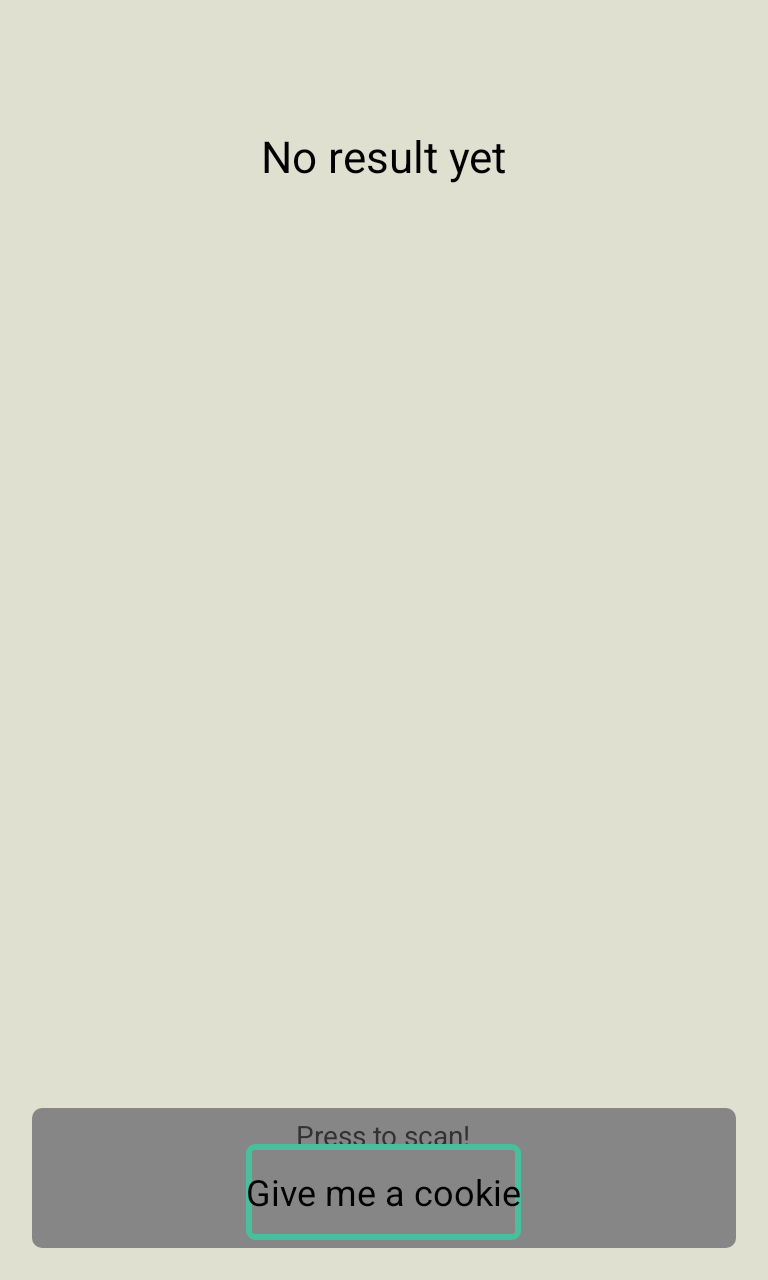
Repository: Kitsopappas/QBIReader
Layout: QBIReader/res/layout/activity_main.xml
These files come from the project's save history. The layout is drawn as it stood at one moment and after the next save; the edit follows.
It is drawn on a 768 x 1280 px phone screen (xhdpi) without system bars, with theme AppTheme; the app's code is not run.

Above is the layout before, as saved 2015-03-09 01:27:41.

### QBIReader/res/layout/activity_main.xml
<RelativeLayout xmlns:android="http://schemas.android.com/apk/res/android"
    xmlns:tools="http://schemas.android.com/tools"
    android:layout_width="match_parent"
    android:layout_height="match_parent"
    android:background="#e0e0d1"
    android:paddingBottom="@dimen/activity_vertical_margin"
    android:paddingLeft="@dimen/activity_horizontal_margin"
    android:paddingRight="@dimen/activity_horizontal_margin"
    android:paddingTop="@dimen/activity_vertical_margin"
    tools:context="com.qbireader.MainActivity" >

    <TextView
        android:id="@+id/result"
        android:layout_width="wrap_content"
        android:layout_height="wrap_content"
        android:layout_alignParentTop="true"
        android:layout_centerHorizontal="true"
        android:layout_marginTop="47dp"
        android:text="@string/result"
        android:textAppearance="?android:attr/textAppearanceLarge" />

    <RelativeLayout
        android:id="@+id/relativeLayout1"
        android:layout_width="match_parent"
        android:layout_height="70dp"
        android:layout_alignParentBottom="true"
        android:layout_centerHorizontal="true"
        android:background="@drawable/rounded_panel" >

        <Button
            android:id="@+id/scan"
            android:layout_width="wrap_content"
            android:layout_height="wrap_content"
            android:layout_alignParentBottom="true"
            android:layout_centerHorizontal="true"
            android:background="@drawable/button_custom"
            android:text="@string/scan" />

        <TextView
            android:id="@+id/pts"
            android:layout_width="wrap_content"
            android:layout_height="wrap_content"
            android:layout_above="@+id/scan"
            android:layout_centerHorizontal="true"
            android:text="@string/pts" />

    </RelativeLayout>

</RelativeLayout>

### QBIReader/res/values/strings.xml
<?xml version="1.0" encoding="utf-8"?>
<resources>

    <string name="app_name">QBI Reader</string>
    <string name="hello_world">Hello world!</string>
    <string name="action_settings">Settings</string>
      <string name="result">No result yet</string>
      <string name="scan"> Give me a cookie </string>
      <string name="pts">Press to scan!</string>

</resources>

### QBIReader/res/drawable/rounded_panel.xml
<?xml version="1.0" encoding="utf-8"?>
<shape xmlns:android="http://schemas.android.com/apk/res/android"
    android:shape="rectangle" >
  <item>
        <shape android:shape="rectangle">
            <solid android:color="#4f5d73"/>
            <corners android:radius="2dp" />
        </shape>
    </item>
    <!-- view background color -->
    <solid android:color="#868686" >
    </solid>


    <!-- If you want to add some padding -->
    <padding
        android:bottom="4dp"
        android:left="4dp"
        android:right="4dp"
        android:top="4dp" >
    </padding>

    <!-- Here is the corner radius -->
    <corners android:radius="5dp" >
    </corners>

</shape>

### QBIReader/res/drawable/button_custom.xml
<?xml version="1.0" encoding="utf-8"?>
<selector xmlns:android="http://schemas.android.com/apk/res/android">

    <item android:state_pressed="true"><shape>
            <solid android:color="#868686" />

            <stroke android:width="1dp" android:color="#868686" />

            <corners android:radius="5dp" />
        </shape></item>
    <item><shape>
            <gradient android:angle="270" android:endColor="#868686" android:startColor="#868686" />

            <stroke android:width="3dp" android:color="#49bf9d" />

            <corners android:radius="3dp" />
        </shape></item>

</selector>

Loaded but not shown: QBIReader/res/values/styles.xml (common file); QBIReader/res/values-v11/styles.xml (common file); QBIReader/res/values-v14/styles.xml (common file); QBIReader/res/values/dimens.xml (common file); QBIReader/res/values-w820dp/dimens.xml (common file)

After the next save:
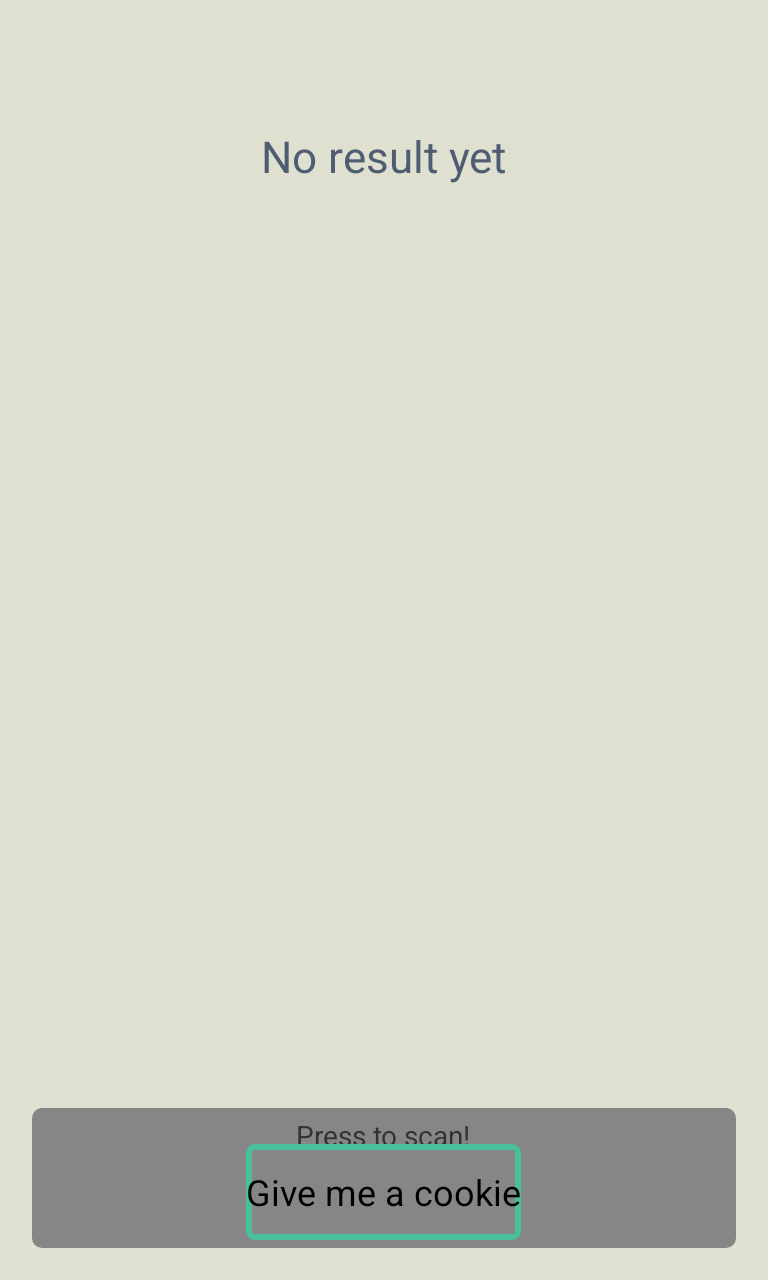
Saved 73 s later.
--- a/QBIReader/res/layout/activity_main.xml
+++ b/QBIReader/res/layout/activity_main.xml
@@ -17,6 +17,7 @@
         android:layout_centerHorizontal="true"
         android:layout_marginTop="47dp"
         android:text="@string/result"
+        android:textColor="#4f5d73"
         android:textAppearance="?android:attr/textAppearanceLarge" />
 
     <RelativeLayout
